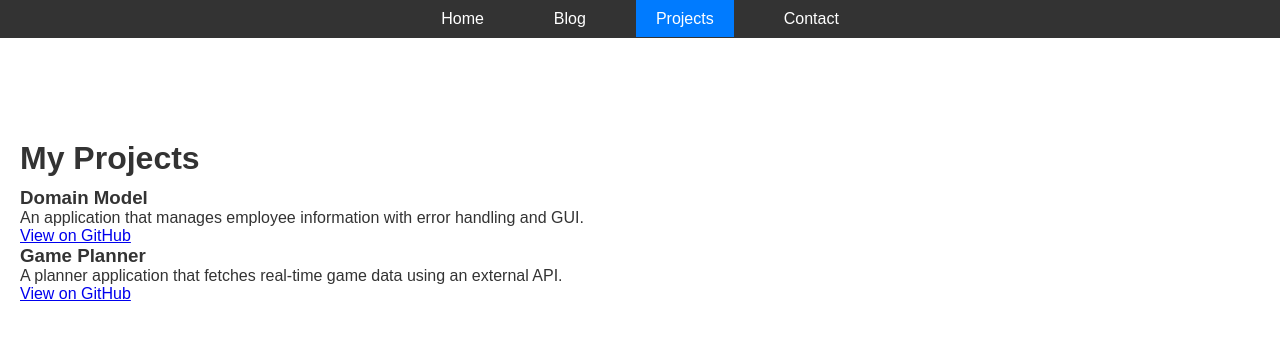
Repository: liwingy/cs5610_fall24_project1
Page: projects.html
The author's editor kept a copy of each file at every save. The page is drawn from the files as they stood at one save, then again after the next save.
The browser window is 1280 px wide. The pictures show the whole page.

Above is the page before, as saved 2024-10-07 17:36:51.

### projects.html
<!DOCTYPE html>
<html lang="en">
<head>
    <meta charset="UTF-8">
    <meta name="viewport" content="width=device-width, initial-scale=1.0">
    <title>Wing Yee Li | Projects</title>
    <link rel="stylesheet" href="style.css">
</head>
<body>
    <nav>
        <ul>
            <li><a href="homepage.html">Home</a></li>
            <li><a href="blog.html">Blog</a></li>
            <li><a href="projects.html" class="active">Projects</a></li>
            <li><a href="contact.html">Contact</a></li>
        </ul>
    </nav>
    <main>
        <section class="projects">
            <h2>My Projects</h2>
            <div class="projects-grid">
                <div class="project-item">
                    <h3>Domain Model</h3>
                    <p>An application that manages employee information with error handling and GUI.</p>
                    <a href="https://github.com/Su24-CS5004-Online-Lionelle/homework-07-liwingy/tree/main/src/main/java/student/model" target="_blank">View on GitHub</a>
                </div>
                <div class="project-item">
                    <h3>Game Planner</h3>
                    <p>A planner application that fetches real-time game data using an external API.</p>
                    <a href="https://github.com/Su24-CS5004-Online-Lionelle/hw05/tree/main/src/main/java/student" target="_blank">View on GitHub</a>
                </div>
            </div>
        </section>
    </main>
</body>
</html>

### style.css
* {
    margin: 0;
    padding: 0;
    box-sizing: border-box;
    font-family: 'Arial', sans-serif;
}

body, html {
    height: 100%;
    margin: 0;
}

body {
    background-color: rgb(255, 255, 255);
    color: #333;
    display: flex;
    flex-direction: column;   /* Stack the content vertically */
    height: 100vh;            /* Make sure the body takes up the full viewport height */
}

main {
    display: flex;
    justify-content: center;
    align-items: center;
    flex-direction: column;
    height: auto;
    margin-top: 80px;
    padding-top: 20px;
}

header {
    text-align: center;
}

.blog, .projects, .contact, .about-me {
    margin-top: 20px;
    padding: 20px;
    width: 100%;
}

nav {
    width: 100%;              /* Full width navigation bar */
    background-color: #333;    /* Background color for the navbar */
    position: fixed;          /* Keep the navbar fixed at the top */
    top: 0;
    left: 0;
    padding: 10px 0;          /* Add some padding for spacing */
    z-index: 1;               /* Ensure the navbar stays above other content */
}

nav ul {
    list-style: none;
    display: flex;            /* Display the list items in a row */
    justify-content: center;  /* Center the list items horizontally */
    margin: 0;
    padding: 0;
}

nav ul li {
    margin: 0 15px;           /* Space between each nav item */
}

nav ul li a {
    color: #fff;
    text-decoration: none;
    padding: 10px 20px;       /* Add padding around each link */
    transition: background-color 0.3s;
}

nav ul li a:hover {
    background-color: #555;   /* Change background color on hover */
}

.active {
    background-color: #007BFF; /* Style for the active page link */
}

h1 {
    font-size: 2.5rem;
    margin-top: 60px;        /* Add space from the navbar */
}

h2 {
    font-size: 2rem;
    margin-bottom: 10px;
}

.centered-video,
.pics {
    max-width: 300px;
    width: 100%;
    height: auto;
    display: block;
    margin: 20px auto;
    border-radius: 10px;
}

/* Responsive design */
@media screen and (max-width: 768px) {
    nav ul {
        flex-direction: column;  /* Stack the navbar links vertically on small screens */
        align-items: center;
    }

    nav ul li {
        margin: 10px 0;          /* Space out vertically in mobile view */
    }

    h1 {
        font-size: 1.8rem;
        margin-top: 100px;       /* Adjust spacing on small screens */
    }
}

After the next save:
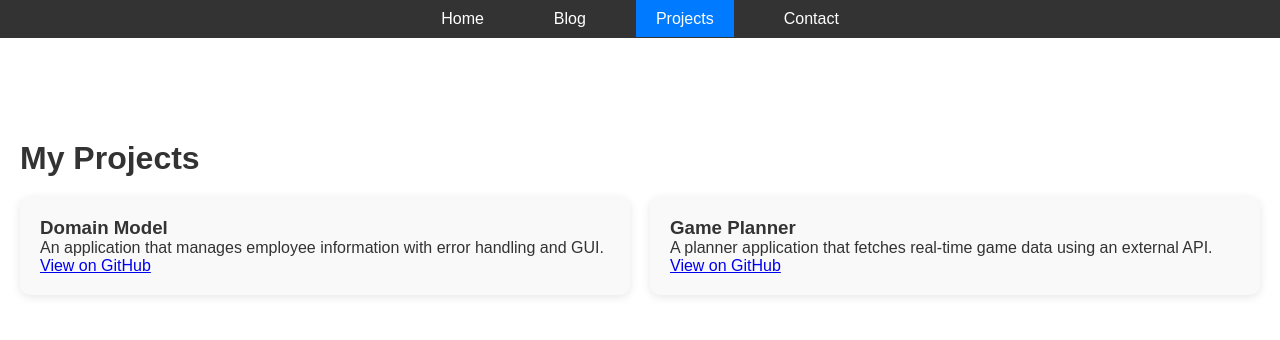
Saved 13 s later.
--- a/style.css
+++ b/style.css
@@ -85,6 +85,26 @@ h2 {
     margin-bottom: 10px;
 }
 
+.highlight {
+    font-weight: bold;
+    color: #007BFF; /* Highlight the text in a different color */
+}
+
+.projects-grid {
+    display: grid;
+    grid-template-columns: repeat(auto-fit, minmax(300px, 1fr)); /* Auto-fit for responsiveness */
+    gap: 20px; /* Space between grid items */
+    margin-top: 20px;
+}
+
+.project-item {
+    background-color: #f9f9f9;
+    padding: 20px;
+    border-radius: 10px;
+    text-align: left;
+    box-shadow: 0 2px 10px rgba(0, 0, 0, 0.1);
+}
+
 .centered-video,
 .pics {
     max-width: 300px;

After the save that followed:
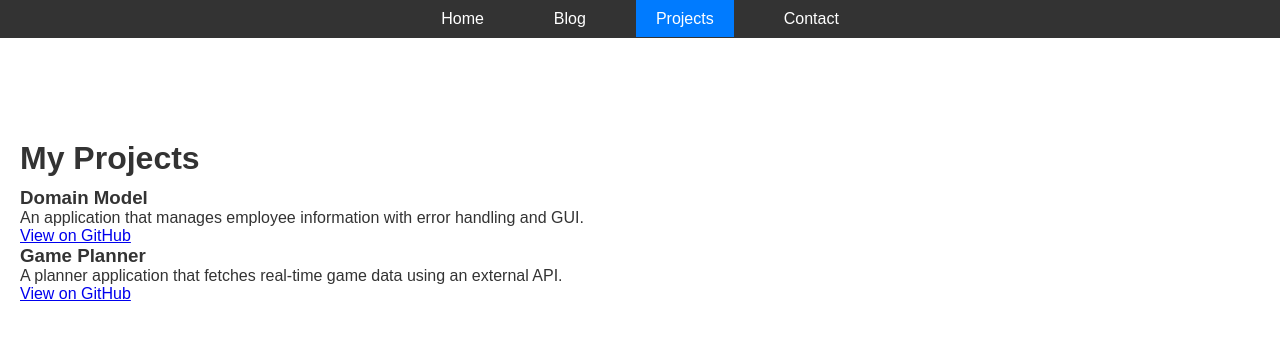
Saved 80 s later.
--- a/projects.html
+++ b/projects.html
@@ -18,13 +18,13 @@
     <main>
         <section class="projects">
             <h2>My Projects</h2>
-            <div class="projects-grid">
-                <div class="project-item">
+            <div class="grid">
+                <div class="grid-item">
                     <h3>Domain Model</h3>
                     <p>An application that manages employee information with error handling and GUI.</p>
                     <a href="https://github.com/Su24-CS5004-Online-Lionelle/homework-07-liwingy/tree/main/src/main/java/student/model" target="_blank">View on GitHub</a>
                 </div>
-                <div class="project-item">
+                <div class="grid-item">
                     <h3>Game Planner</h3>
                     <p>A planner application that fetches real-time game data using an external API.</p>
                     <a href="https://github.com/Su24-CS5004-Online-Lionelle/hw05/tree/main/src/main/java/student" target="_blank">View on GitHub</a>
